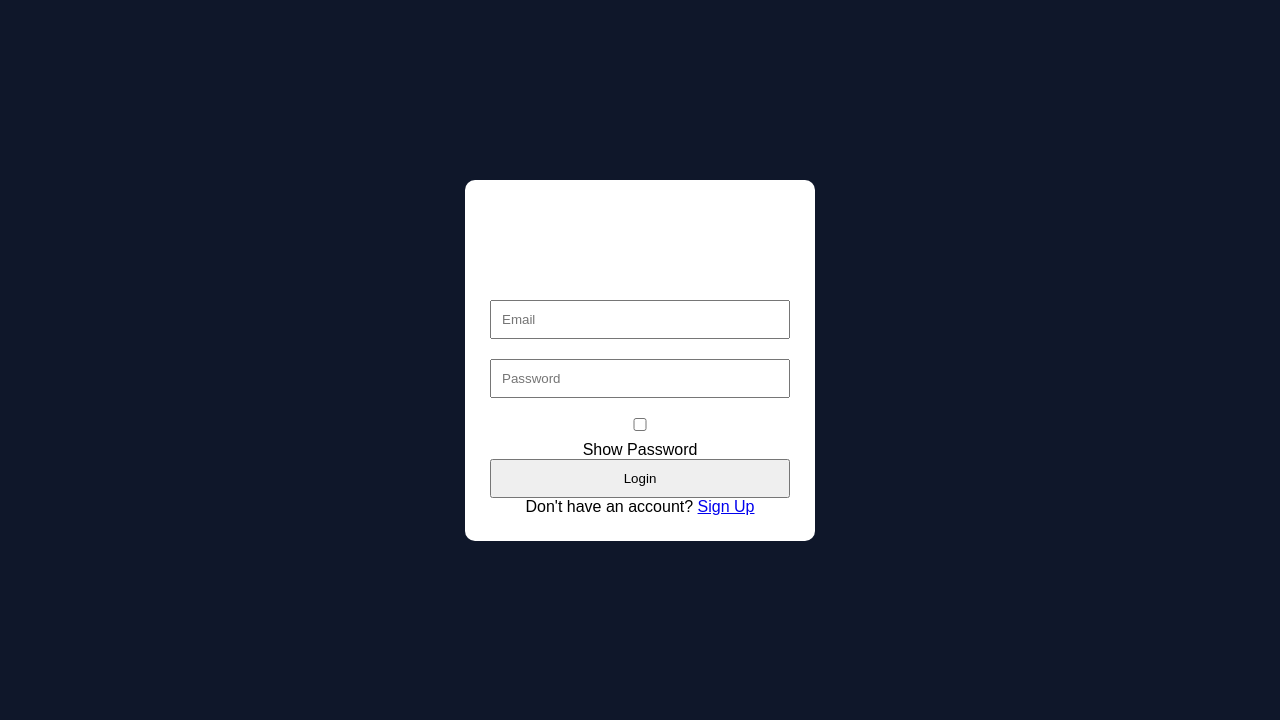
Repository: Dinesh-Codebais/movie-tracker
Page: login.html
An editor plug-in stored every save of this project. The page is shown before and after the next save, followed by the edit.
The browser window is 1280 px wide. The pictures show the whole page.

Above is the page before, as saved 2026-06-22 10:57:27.
Console error: TypeError: Cannot read properties of null (reading 'addEventListener')

### login.html
<!DOCTYPE html>
<html lang="en">
<head>
    <meta charset="UTF-8">
    <meta name="viewport" content="width=device-width, initial-scale=1.0">
    <title>Login</title>

    <link rel="stylesheet" href="style.css">
</head>
<body>

    <div class="form-box">
        <h2>Login</h2>

        <input type="email" id="loginEmail" placeholder="Email">

        <input type="password" id="loginPassword" placeholder="Password">
        <label>
    <input type="checkbox" onclick="showLoginPassword()">
    Show Password
</label>

        <button onclick="login()">Login</button>

        <p>
            Don't have an account?
            <a href="signup.html">Sign Up</a>
        </p>
    </div>

    <script src="script.js"></script>

</body>
</html>

### style.css
/* RESET */
*{
    margin:0;
    padding:0;
    box-sizing:border-box;
}

/* BODY */
body{
    background:#0f172a;
    font-family:Arial, sans-serif;
}
.navbar{
    display:flex;
    justify-content:space-between;
    align-items:center;
    padding:20px 8%;
    background:#111827;
    position:sticky;
    top:0;
    z-index:1000;
}

.nav-links{
    display:flex;
    align-items:center;
    list-style:none;
    gap:20px;
}

.nav-links li{
    display:flex;
    align-items:center;
}

.nav-links a{
    color:white;
    text-decoration:none;
    padding:8px 15px;
    border-radius:8px;
    transition:0.3s;
}

.nav-links a:hover{
    background:#e50914;
    color:white;
}


#logoutBtn{
    background:#e50914;
    color:white;
    border:none;
    padding:8px 15px;
    border-radius:8px;
    cursor:pointer;
}


#userInfo{
    color:#facc15;
    font-weight:bold;
}

.logo img {
    height:100px;
    width:auto;
    cursor:pointer;
}

/* LINKS */
.nav-links{
    display:flex;
    list-style:none;
    gap:25px;
}

.nav-links a{
    color:white;
    text-decoration:none;
    padding:8px 15px;
    border-radius:8px;
    transition:0.3s;
}

.nav-links a:hover{
    background:#e50914;
    color:white;
}

/* HERO */
.hero{
    height:90vh;
    display:flex;
    justify-content:center;
    align-items:center;
    text-align:center;
    background:
    linear-gradient(rgba(0,0,0,0.6),rgba(0,0,0,0.7)),
    url("https://images.unsplash.com/photo-1489599849927-2ee91cede3ba");
    background-size:cover;
    background-position:center;
}

.hero-content{
    max-width:700px;
    color:white;
}

.hero-content h1{
    font-size:60px;
}

.hero-content p{
    font-size:20px;
    color:#d1d5db;
    margin:20px 0;
}

/* BUTTON */
.btn{
    display:inline-block;
    padding:15px 35px;
    background:#e50914;
    color:white;
    text-decoration:none;
    border-radius:8px;
    transition:0.3s;
}

.btn:hover{
    transform:translateY(-3px);
}

/* SECTIONS */
.trending,
.features,
.categories,
.stats,
.testimonials,
.newsletter{
    padding:80px 10%;
}

/* TITLES */
h2{
    text-align:center;
    color:white;
    font-size:40px;
    margin-bottom:40px;
}

/* GRID SYSTEM */
.movie-grid,
.feature-grid,
.category-grid,
.stats-grid,
.testimonial-grid{
    display:grid;
    gap:30px;
}

/* MOVIE CARDS */
.movie-grid{
    grid-template-columns:repeat(auto-fit,minmax(250px,1fr));
}

.movie-card img{
    width:100%;
    height:350px;
    object-fit:cover;
    display:block;
}

.movie-card h3{
    color:white;
    margin-top:15px;
}

.movie-card p{
    color:#facc15;
    margin:10px 0 20px;
}

.movie-card:hover{
    transform:translateY(-10px) scale(1.03);
}

/* FEATURE */
.feature-grid{
    grid-template-columns:repeat(auto-fit,minmax(250px,1fr));
}

.feature-card,
.category-card,
.stat-card,
.testimonial-card{
    background:#1f2937;
    padding:30px;
    border-radius:15px;
    color:white;
    text-align:center;
    transition:0.3s;
}

/* CATEGORY */
.category-grid{
    grid-template-columns:repeat(auto-fit,minmax(180px,1fr));
}

.category-card:hover{
    background:#e50914;
    transform:scale(1.05);
}

/* STATS */
.stats-grid{
    grid-template-columns:repeat(auto-fit,minmax(200px,1fr));
}

.stat-card h3{
    color:#e50914;
    font-size:40px;
}

/* TESTIMONIAL */
.testimonial-grid{
    grid-template-columns:repeat(auto-fit,minmax(280px,1fr));

}


/* NEWSLETTER */
.newsletter{
    text-align:center;
}

.newsletter-form{
    display:flex;
    justify-content:center;
    align-items:center;
    gap:10px;
    flex-wrap:wrap;
    margin-top:20px;
}
.newsletter{
    color: rgb(172, 51, 51);
}
/* CTA */
.cta{
    padding:100px 10%;
    text-align:center;
    background:linear-gradient(135deg,#e50914,#ff3b3b);
}

.cta h2{
    color:white;
    font-size:45px;
}

.cta-btn{
    display:inline-block;
    padding:15px 35px;
    background:white;
    color:#e50914;
    border-radius:10px;
    font-weight:bold;
}

/* FOOTER */
.footer{
    background:4E220F
    padding:60px 20px;
    text-align:center;
    color:white
}
/* RESPONSIVE */
@media(max-width:768px){
    .navbar{
        flex-direction:column;
    }

    .nav-links{
        flex-direction:column;
        margin-top:15px;
    }

    .hero-content h1{
        font-size:35px;
    }
}

/* SMOOTH SCROLL */
html{
    scroll-behavior:smooth;
}
@keyframes fadeUp {
    from{
        opacity: 0;
        transform: translateY(30px);
    }
    to{
        opacity: 1;
        transform: translateY(0);
    }
}
.watch-btn,
.explore-btn{
    width: 140px;        /* same size */
    padding: 10px 0;
    margin: 8px 5px;
    border: none;
    border-radius: 8px;
    cursor: pointer;
    font-weight: bold;
    transition: 0.3s;
}

/* Watchlist button */
.watch-btn{
    background: #e50914;
    color: white;
}

/* Explore button */
.explore-btn{
    background: #1f2937;
    color: white;
    border: 1px solid #e50914;
}

/* hover effect */
.watch-btn:hover,
.explore-btn:hover{
    transform: scale(1.05);
    opacity: 0.9;
}

.carousel{
    display:flex;
    justify-content:center;
    align-items:center;
    gap:20px;
}

.side-img{
    width:220px;
    height:320px;
    object-fit:cover;
    border-radius:15px;
    opacity:0.7;
    transform:scale(0.85);
    transition:0.5s;
}

.center-img{
    width:320px;
    height:420px;
    object-fit:cover;
    border-radius:18px;
    transform:scale(1.05);
    box-shadow:0 15px 40px rgba(0,0,0,0.6);
    transition:0.5s;
}

.watchlist h2{
    color:white;
    font-size:40px;
    margin-bottom:20px;
}

.watchlist p{
    color:#d1d5db;
}


.nav-links a.active {
    color: #ff3c78;
    font-weight: bold;
    border-bottom: 2px solid #ff3c78;
}
/* =========================
   MOVIE CARD UPGRADE
========================= */

.movie-card img{
    width: 100%;
    height: 280px;
    object-fit: contain;   /* 👈 important */
    background: #FFF4E1; /* empty space fill look */
    border-radius: 12px;
}

.movie-card:hover{
    transform:translateY(-10px) scale(1.03);
}

/* =========================
   WATCHLIST
========================= */

#watchlistMovies{
    list-style:none;
    padding:0;
    margin-top:20px;
}

#watchlistMovies li{
    background:#1f2937;
    color:white;
    padding:12px;
    margin:10px auto;
    width:300px;
    border-radius:10px;
    font-weight:bold;
    box-shadow:0 0 10px rgba(0,0,0,0.3);
}

/* =========================
   SLIDER
========================= */

#slider-img{
    width:300px;
    height:450px;
    object-fit:cover;
    border-radius:15px;
    box-shadow:0 0 25px rgba(229,9,20,0.5);
    transition:0.5s;
}

/* =========================
   DARK MODE
========================= */

body.dark{
    background:#111;
    color:white;
}

body.dark .navbar{
    background:#000;
}

body.dark .movie-card{
    background:#222;
}

body.dark .feature-card,
body.dark .category-card,
body.dark .stat-card,
body.dark .testimonial-card{
    background:#222;
}

body.dark .watchlist{
    background:#000;
}

body.dark #watchlistMovies li{
    background:#333;
    color:white;
}

body.dark .footer{
    background:#000;
}
body{
    padding-top:80px;
}
.form-box{
    width:350px;
    margin:100px auto;
    background:white;
    padding:25px;
    border-radius:10px;
    text-align:center;
}

.form-box input{
    width:100%;
    padding:10px;
    margin:10px 0;
}

.form-box button{
    width:100%;
    padding:10px;
    cursor:pointer;
}

.dropdown{
    position: relative;
}

.dropdown-menu{
    display: none !important;
    position: absolute;
    top: 100%;
    left: 0;
    background: #111827;
    min-width: 180px;
    list-style: none;
    padding: 0;
    margin: 0;
    z-index: 1000;
}

.dropdown-menu li{
    display: block;
    width: 100%;
}

.dropdown-menu a{
    display: block;
    padding: 10px 15px;
}

.dropdown:hover .dropdown-menu{
    display: block !important;
}
.signup-box{
    width: 400px;
    padding: 40px;
    background: #fff;
    border-radius: 20px;
    box-shadow: 0 10px 30px rgba(0,0,0,0.2);
}

/* SIGNUP PAGE */

.signup-box{
    width:400px;
    margin:100px auto;
    padding:40px;
    background:rgb(92, 56, 125);
    border-radius:20px;
    box-shadow:0 10px 30px rgba(0,0,0,0.3);
}

.signup-box h2{
    color:#3b60b0;
    text-align:center;
    margin-bottom:5px;
}

.subtitle{
    text-align:center;
    color:gray;
    margin-bottom:25px;
}

.signup-box input[type="text"],
.signup-box input[type="email"],
.signup-box input[type="password"]{
    width:100%;
    padding:12px;
    margin-bottom:15px;
    border:1px solid #9a5f5f;
    border-radius:10px;
    font-size:16px;
}

.signup-box input:focus{
    outline:none;
    border-color:#e50914;
}

.show-pass{
    display:flex;
    justify-content:center;
    align-items:center;
    gap:8px;
    margin:15px 0;
}

.signup-box button{
    width:100%;
    padding:14px;
    background:#e50914;
    color:white;
    border:none;
    border-radius:10px;
    font-size:16px;
    cursor:pointer;
}

.signup-box button:hover{
    opacity:0.9;
}

.signup-box p{
    text-align:center;
    margin-top:15px;
}

.signup-box a{
    color:#e50914;
    text-decoration:none;
    font-weight:bold;
}

### script.js
console.log("JS Connected");

// =========================
// MOVIE DATA
// =========================

const movieData = [
    {
        title: "Interstellar",
        rating: 8.7
    },
    {
        title: "Oppenheimer",
        rating: 8.5
    },
    {
        title: "Avatar",
        rating: 8.1
    }
];

console.log("Movie Tracker JS Connected!");
console.log(movieData);

console.log(movieData[0].title);
console.log(movieData[1].rating);

movieData.forEach(function(movie){
    console.log(movie.title);
});


// =========================
// SEARCH
// =========================

const searchInput = document.getElementById("searchInput");
const movies = document.querySelectorAll(".movie-card");

searchInput.addEventListener("keyup", function () {

    const value = searchInput.value.toLowerCase();

    movies.forEach(function (movie) {

        const movieName = movie
            .querySelector("h3")
            .textContent
            .toLowerCase();

        if (movieName.includes(value)) {
            movie.style.display = "block";
        } else {
            movie.style.display = "none";
        }

    });

});


// =========================
// IMAGE SLIDER
// =========================
const images = [
    "images/movie1.jpg",
    "images/movie2.jpg",
    "images/movie3.jpg",
  "images/movie4.jpg",
   "images/movie5.jpg",
  "images/movie6.jpg",
  "images/movie7.jpg",
  "images/movie8.jpg",
];

const leftImg = document.getElementById("left-img");
const centerImg = document.getElementById("center-img");
const rightImg = document.getElementById("right-img");

let index = 0;

function updateCarousel() {

    leftImg.src =
        images[(index + images.length - 1) % images.length];

    centerImg.src =
        images[index];

    rightImg.src =
        images[(index + 1) % images.length];
}

setInterval(() => {
    index = (index + 1) % images.length;
    updateCarousel();
}, 3000);

updateCarousel();

// =========================
// WATCHLIST
// =========================

let savedMovies =
    JSON.parse(localStorage.getItem("watchlist")) || [];

const watchButtons =
    document.querySelectorAll(".watch-btn");

const watchList =
    document.getElementById("watchlistMovies");

const watchCount =
    document.getElementById("watchCount");

function renderWatchlist() {

    if (!watchList) return;

    watchList.innerHTML = "";

    savedMovies.forEach(function (movie, index) {

        const li = document.createElement("li");

        li.innerHTML = `
            ${movie}
            <button onclick="removeMovie(${index})">
                ❌
            </button>
        `;

        watchList.appendChild(li);

    });

    if (watchCount) {
        watchCount.textContent = savedMovies.length;
    }
}

function removeMovie(index) {

    savedMovies.splice(index, 1);

    localStorage.setItem(
        "watchlist",
        JSON.stringify(savedMovies)
    );

    renderWatchlist();
}

renderWatchlist();

watchButtons.forEach(function (button) {

    button.addEventListener("click", function () {

        const movieCard =
            button.parentElement;

        const movieName =
            movieCard.querySelector("h3")
            .textContent;

        if (!savedMovies.includes(movieName)) {

            savedMovies.push(movieName);

            localStorage.setItem(
                "watchlist",
                JSON.stringify(savedMovies)
            );

            renderWatchlist();

            alert(movieName + " added to Watchlist!");
        }
        else {

            alert("Movie already added!");
        }

    });

});




// =========================
// TOTAL MOVIES COUNTER
// =========================

const totalMovies =
    document.getElementById("totalMovies");

if (totalMovies) {

    totalMovies.textContent =
        movies.length;
}

// =========================
// CHECK LOGIN STATUS
// =========================

const logoutBtn = document.getElementById("logoutBtn");

const loggedUser = localStorage.getItem("name");

if (loggedUser) {

    if(logoutBtn){
        logoutBtn.style.display = "block";
    }
}


function logout() {

    localStorage.removeItem("name");
    localStorage.removeItem("email");
    localStorage.removeItem("password");

    alert("Logged Out Successfully");

    window.location.reload();
}
function signup(){

    let name = document.getElementById("signupName").value;
    let email = document.getElementById("signupEmail").value;
    let password = document.getElementById("signupPassword").value;

    localStorage.setItem("name", name);
    localStorage.setItem("email", email);
    localStorage.setItem("password", password);

    alert("Account Created");

    window.location.href = "index.html";
}
function login(){

    let email = document.getElementById("loginEmail").value;
    let password = document.getElementById("loginPassword").value;

    let savedEmail = localStorage.getItem("email");
    let savedPassword = localStorage.getItem("password");

    if(email === savedEmail && password === savedPassword){

        alert("Login Successful");

        window.location.href = "index.html";

    }else{

        alert("Wrong Email or Password");
    }
}

function showLoginPassword() {

    let password =
        document.getElementById("loginPassword");

    if (password.type === "password") {
        password.type = "text";
    } else {
        password.type = "password";
    }
}

function showSignupPassword() {

    let password =
        document.getElementById("signupPassword");

    if (password.type === "password") {
        password.type = "text";
    } else {
        password.type = "password";
    }
}

After the next save:
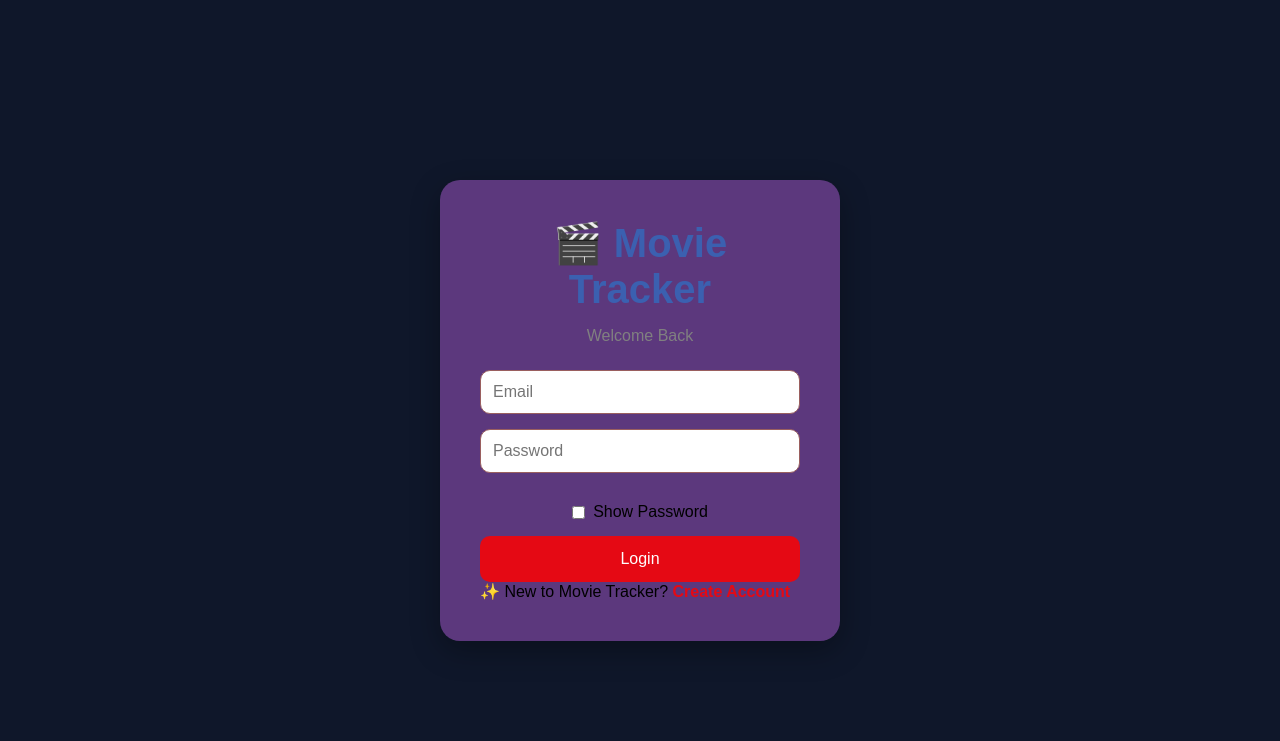
Saved 4 min 46 s later.
--- a/login.html
+++ b/login.html
@@ -3,29 +3,33 @@
 <head>
     <meta charset="UTF-8">
     <meta name="viewport" content="width=device-width, initial-scale=1.0">
-    <title>Login</title>
+    <title>Login - Movie Tracker</title>
 
     <link rel="stylesheet" href="style.css">
 </head>
 <body>
 
-    <div class="form-box">
-        <h2>Login</h2>
+    <div class="signup-box">
 
-        <input type="email" id="loginEmail" placeholder="Email">
+        <h2>🎬 Movie Tracker</h2>
+        <p class="subtitle">Welcome Back</p>
 
-        <input type="password" id="loginPassword" placeholder="Password">
-        <label>
-    <input type="checkbox" onclick="showLoginPassword()">
-    Show Password
-</label>
+        <input type="email" placeholder="Email">
 
-        <button onclick="login()">Login</button>
+        <input type="password" placeholder="Password">
 
-        <p>
-            Don't have an account?
-            <a href="signup.html">Sign Up</a>
-        </p>
+        <div class="show-pass">
+            <input type="checkbox">
+            <label>Show Password</label>
+        </div>
+
+        <button>Login</button>
+
+        <div class="login-link">
+            ✨ New to Movie Tracker?
+            <a href="signup.html">Create Account</a>
+        </div>
+
     </div>
 
     <script src="script.js"></script>
